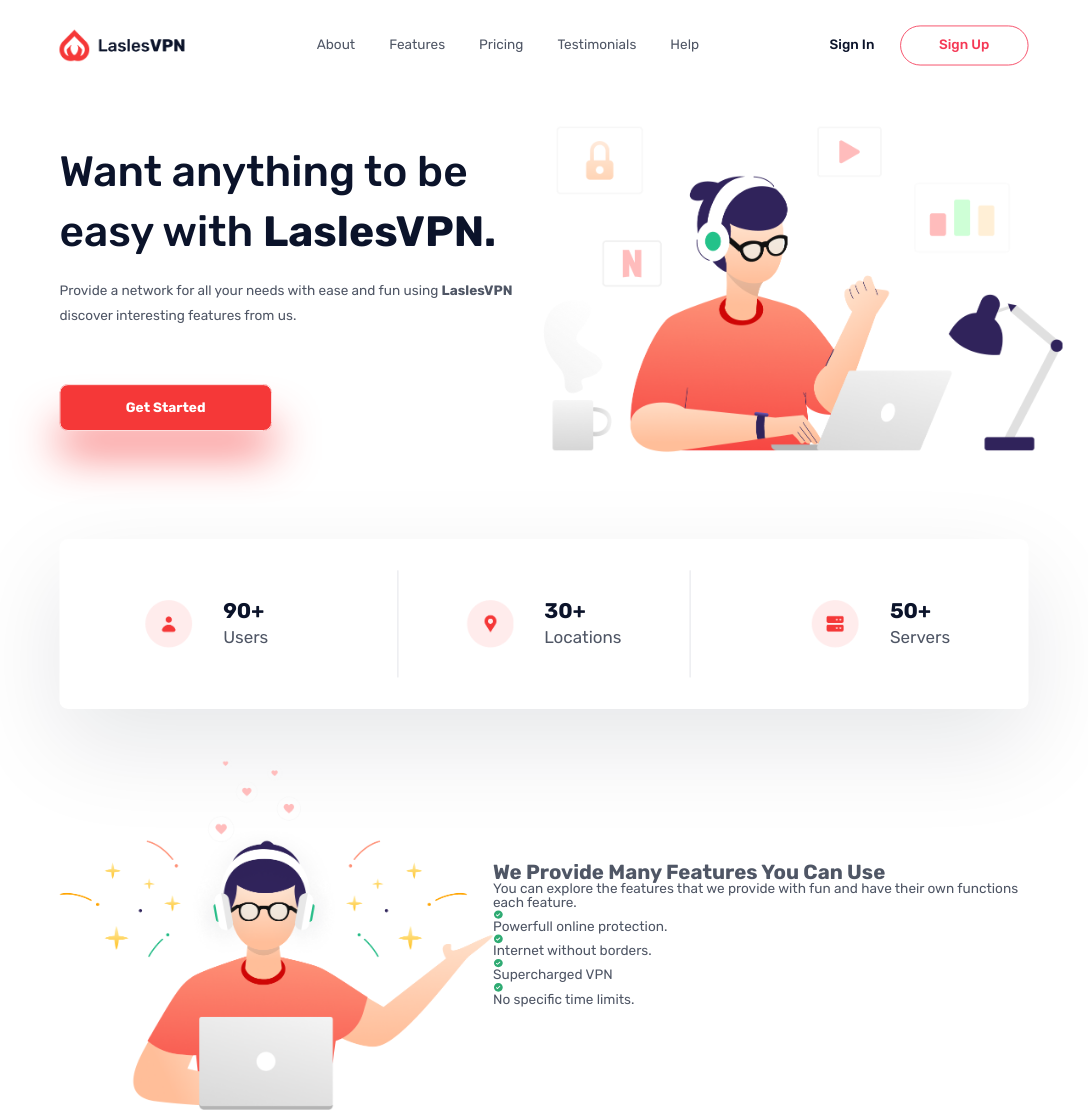
Repository: thefellowshiplotr/lasles_recode
Page: index.html
An editor plug-in stored every save of this project. The page is shown before and after the next save, followed by the edit.
The browser window is 1280 px wide. The pictures show the whole page, at 85% of full size.
The style sheet was rebuilt from its Sass, Less or Tailwind sources for each picture, by a compiler version that may differ from the author's.

Above is the page before, as saved 2022-10-28 15:11:32.

After the next save:
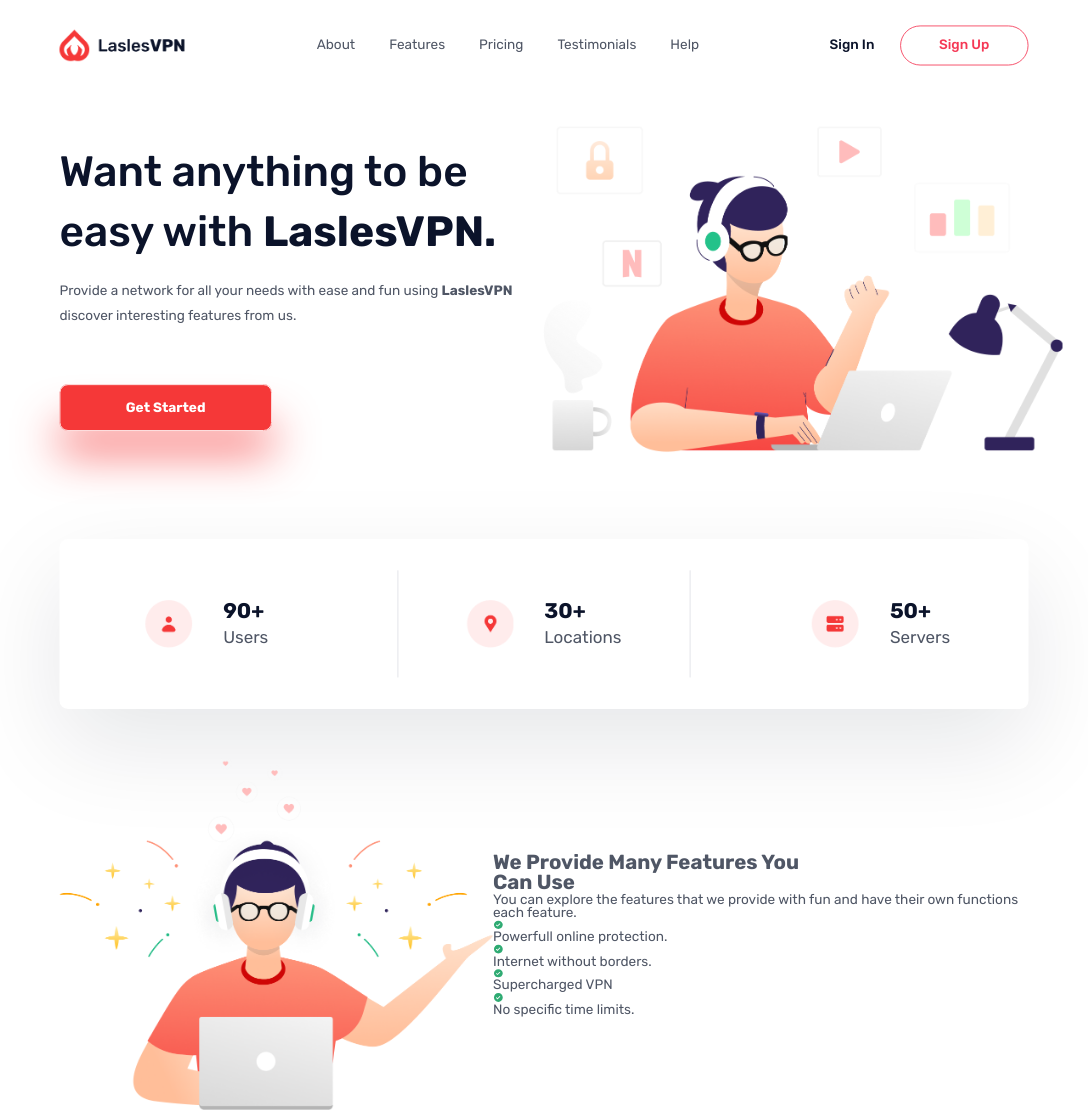
Saved 84 s later.
--- a/sass/_feature.scss
+++ b/sass/_feature.scss
@@ -4,4 +4,7 @@
     justify-content: space-between;
     align-items: center;
   }
+  &-heading {
+    width: 383px;
+  }
 }
